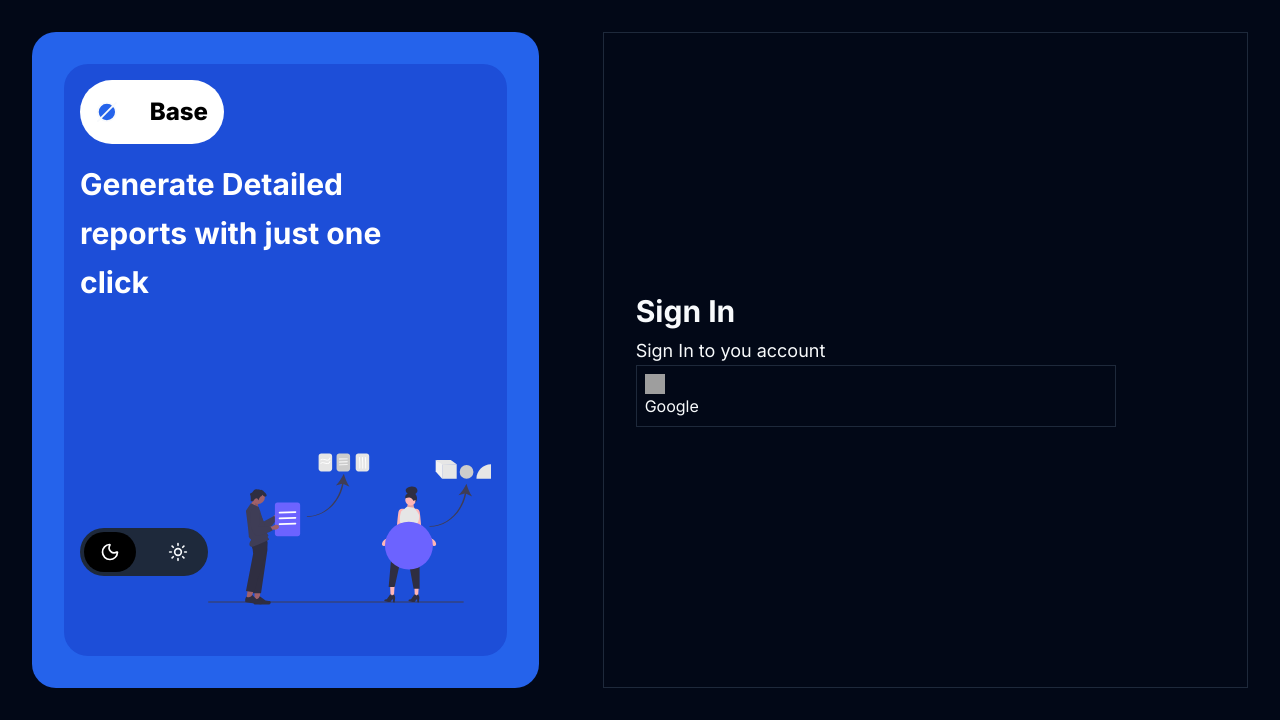
Repository: Hardyy00/openinapp_assignment
Page: /
The author's editor kept a copy of each file at every save. The page is drawn from the files as they stood at one save, then again after the next save.
The browser window is 1280 px wide. The pictures show the whole page.
Pictures or frames that could not be fetched are drawn as grey boxes. The project was rebuilt for these pictures with package versions that can differ from the ones it lists, and the page was loaded fresh each time. The framework's server and built-in components were replaced by stand-ins that run in the browser. Also part of the build but not shown: next.config.mjs.

Above is the page before, as saved 2024-08-23 16:32:42.

After the next save:
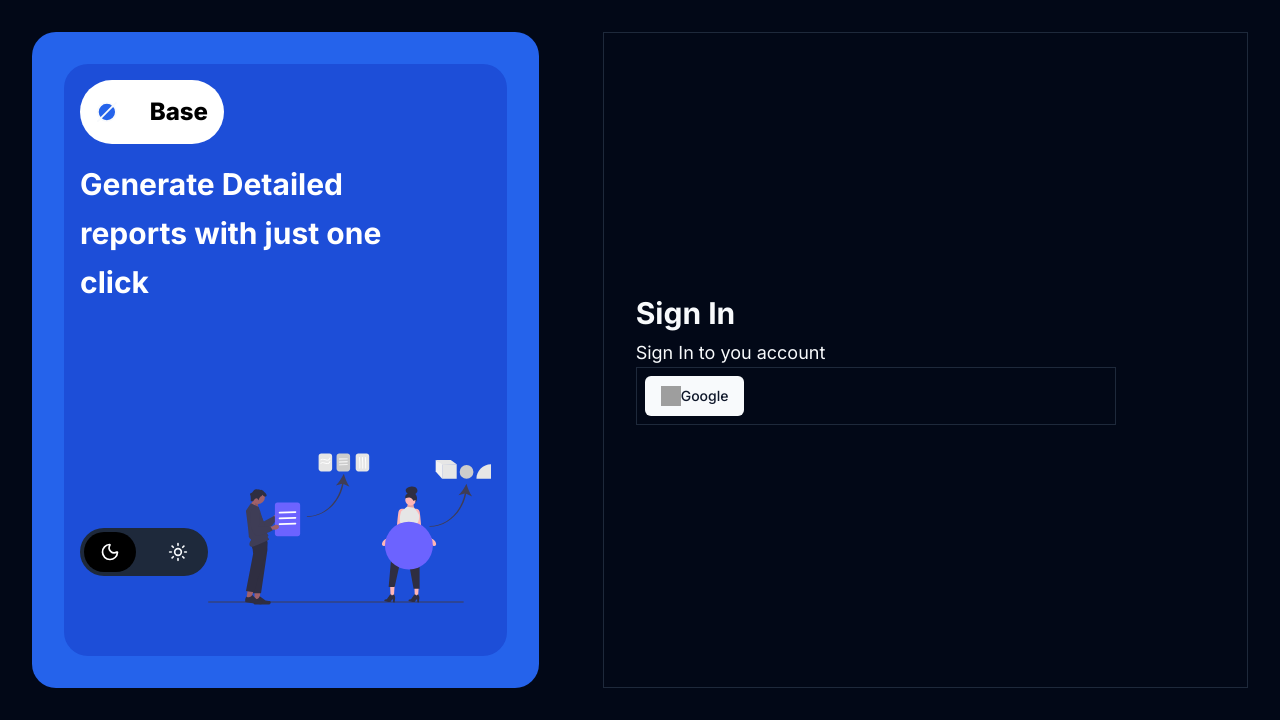
Saved 17 s later.
--- a/app/(auth)/page.tsx
+++ b/app/(auth)/page.tsx
@@ -1,3 +1,4 @@
+import { Button } from "@/components/ui/button";
 import Image from "next/image";
 
 export default function Page() {
@@ -11,7 +12,7 @@ export default function Page() {
           </div>
 
           <div className="flex border p-2">
-            <div className="">
+            <Button className="">
               <div className="w-5 h-5 relative">
                 <Image src={"/google.svg"} alt="svg" fill />
               </div>
@@ -19,7 +20,7 @@ export default function Page() {
               <div>
                 <p>Google</p>
               </div>
-            </div>
+            </Button>
             <div className=""></div>
           </div>
         </div>
